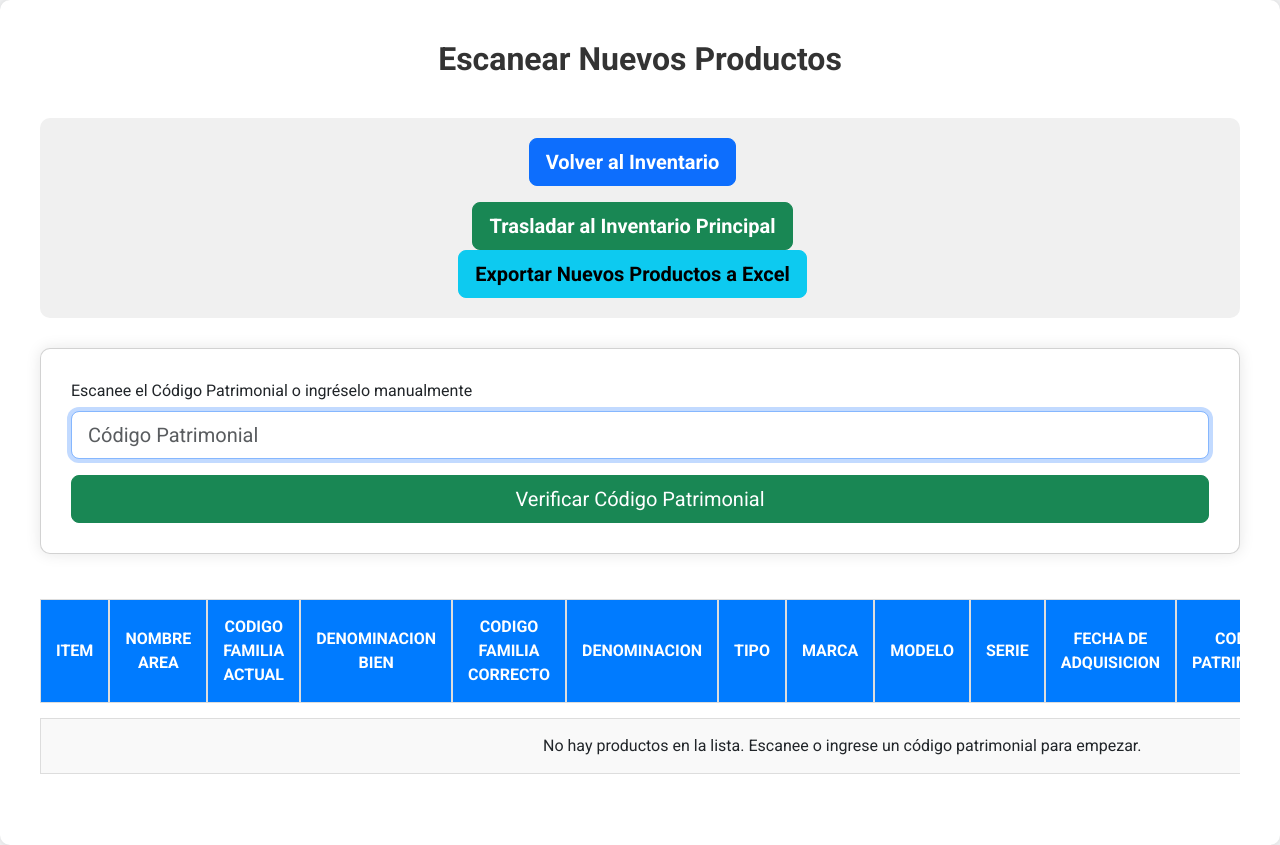
Repository: jorgemendozapachecoo-coder/PROYECTO-INVENTARIO-ESCANER-LOGISTICA-HJCM
Page: http://localhost/realinventario/new_products_scan.php
The author's editor kept a copy of each file at every save. The page is drawn from the files as they stood at one save, then again after the next save.
The browser window is 1280 px wide. The pictures show the whole page.
The page is run by PHP 8.4 with error messages shown; the project is at /var/www/html/. The session is filled in as if someone had signed in: {"id_usuario": 1, "nombre_usuario": "testuser", "tipo_usuario": "admin"}. Queries for data that is not in the repository find no rows.

Above is the page before, as saved 2024-12-15 07:24:23.

After the next save:
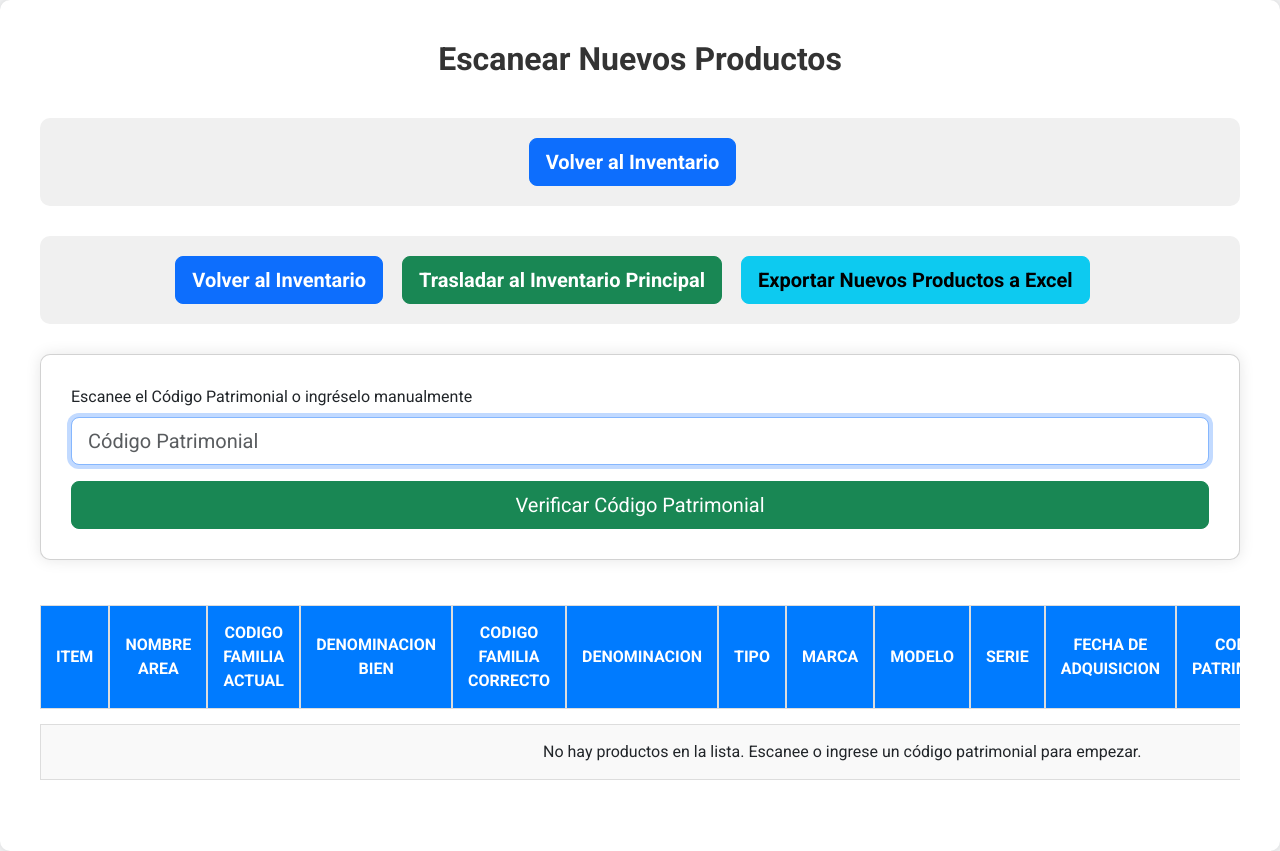
Saved 17 s later.
--- a/new_products_scan.php
+++ b/new_products_scan.php
@@ -155,7 +155,7 @@ if (isset($_GET['delete_id'])) {
     exit;
 }
 
-/// Transferir productos de PRODUCTOS_NUEVOS al INVENTARIO con ITEM incrementado
+// Transferir productos de PRODUCTOS_NUEVOS al INVENTARIO con ITEM incrementado
 if (isset($_POST['transfer_products'])) {
     // Obtener todos los productos de PRODUCTOS_NUEVOS
     $sqlGetProducts = "SELECT * FROM PRODUCTOS_NUEVOS";
@@ -164,13 +164,12 @@ if (isset($_POST['transfer_products'])) {
     if ($resultProducts && $resultProducts->num_rows > 0) {
         $transferCount = 0;
 
-        // Iterar por cada producto y transferir
         while ($product = $resultProducts->fetch_assoc()) {
             // Obtener el último ITEM de la tabla INVENTARIO
             $sqlLastItem = "SELECT MAX(ITEM) AS last_item FROM INVENTARIO";
             $resultLastItem = $conn->query($sqlLastItem);
             $lastItemRow = $resultLastItem->fetch_assoc();
-            $newItem = ($lastItemRow['last_item'] ?? 0) + 1; // Incrementar ITEM
+            $newItem = ($lastItemRow['last_item'] ?? 0) + 1;
 
             // Insertar el producto en INVENTARIO con ITEM incrementado
             $sqlInsertInventory = "INSERT INTO INVENTARIO (ITEM, CODIGO_PATRIMONIAL, NOMBRE_AREA, CODIGO_FAMILIA_ACTUAL, DENOMINACION_BIEN, CODIGO_FAMILIA_CORRECTO, DENOMINACION, TIPO, MARCA, MODELO, SERIE, FECHA_ADQUISICION, FECHA_ACTUAL, ANTIGÜEDAD)
@@ -288,12 +287,13 @@ $result = $conn->query($sql);
 <body>
     <div class="container-fluid">
         <h2>Escanear Nuevos Productos</h2>
+        <div class="button-container text-center">
+            <a href="view_inventory.php" class="btn btn-primary btn-lg">Volver al Inventario</a>
+        </div>
         <div class="button-container text-center mt-3">
     <a href="view_inventory.php" class="btn btn-primary btn-lg">Volver al Inventario</a>
-    <form method="POST" action="new_products_scan.php" class="text-center mt-3">
-    <button type="submit" name="transfer_products" class="btn btn-success btn-lg">
-        Trasladar al Inventario Principal
-    </button>
+    <form method="POST" action="new_products_scan.php" class="d-inline">
+        <button type="submit" name="transfer_products" class="btn btn-success btn-lg">Trasladar al Inventario Principal</button>
     </form>
     <a href="export_new_products.php" class="btn btn-info btn-lg">Exportar Nuevos Productos a Excel</a>
 </div>
